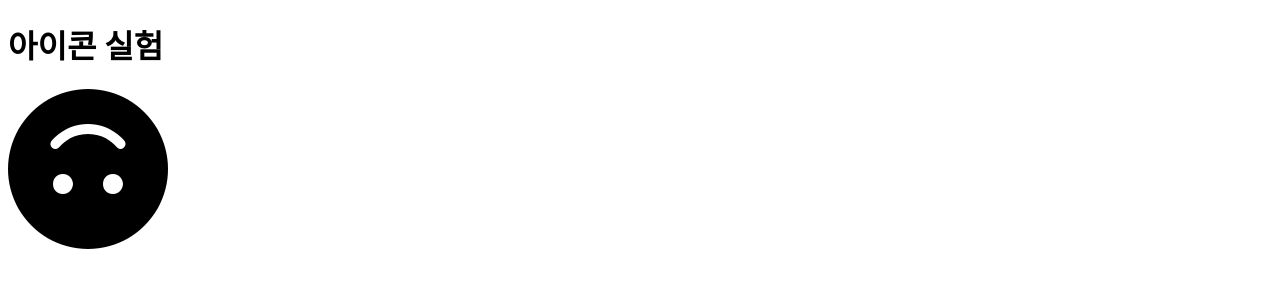
Repository: itkezi/HTML_2022_505
Page: Web/WebContent/HTML/ex.html
These files come from the project's save history. The page is drawn as it stood at one moment and after the next save; the edit follows.
The browser window is 1280 px wide. The pictures show the whole page.
Some web libraries are served in a nearby version.

Above is the page before, as saved 2022-03-25 06:09:57.

After the next save:
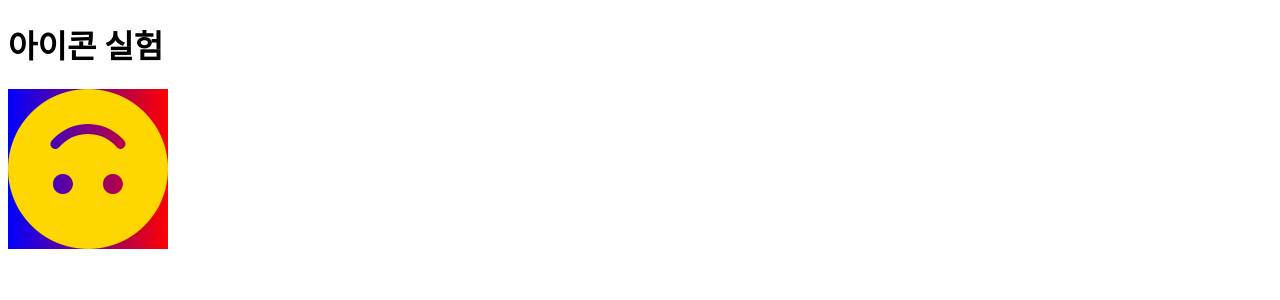
Saved 11 s later.
--- a/Web/WebContent/HTML/ex.html
+++ b/Web/WebContent/HTML/ex.html
@@ -5,7 +5,8 @@
 <title>걍</title>
 <script src="https://kit.fontawesome.com/d4788d8ed6.js" crossorigin="anonymous"></script>
 <style>
-	#smile { color:linear-gradient(to right, #f00, #00f);
+	#smile { color:gold;
+	    background: linear-gradient(to right, #f00, #00f);
 
 
 

After the save that followed:
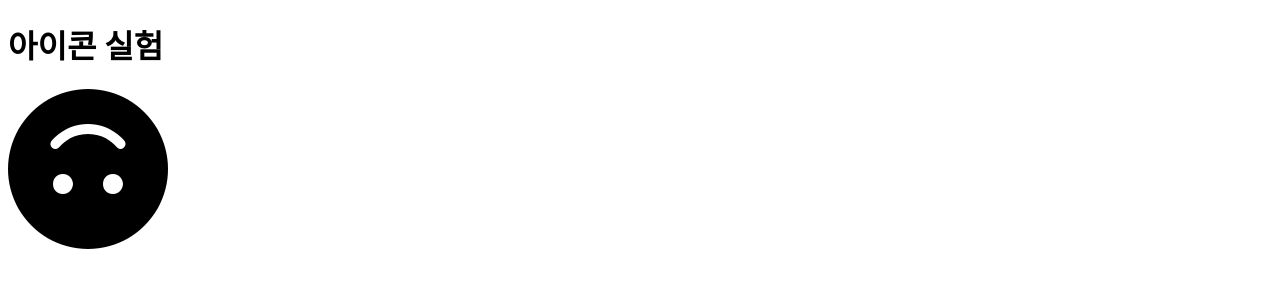
Saved 32 s later.
--- a/Web/WebContent/HTML/ex.html
+++ b/Web/WebContent/HTML/ex.html
@@ -5,13 +5,8 @@
 <title>걍</title>
 <script src="https://kit.fontawesome.com/d4788d8ed6.js" crossorigin="anonymous"></script>
 <style>
-	#smile { color:gold;
-	    background: linear-gradient(to right, #f00, #00f);
-
-
-
-출처: https://rgy0409.tistory.com/3035 [친절한효자손 취미생활]
-	}
+	#smile { color:linear-gradient(to right, #f00, #00f);
+			}
 
 </style>
 </head>
